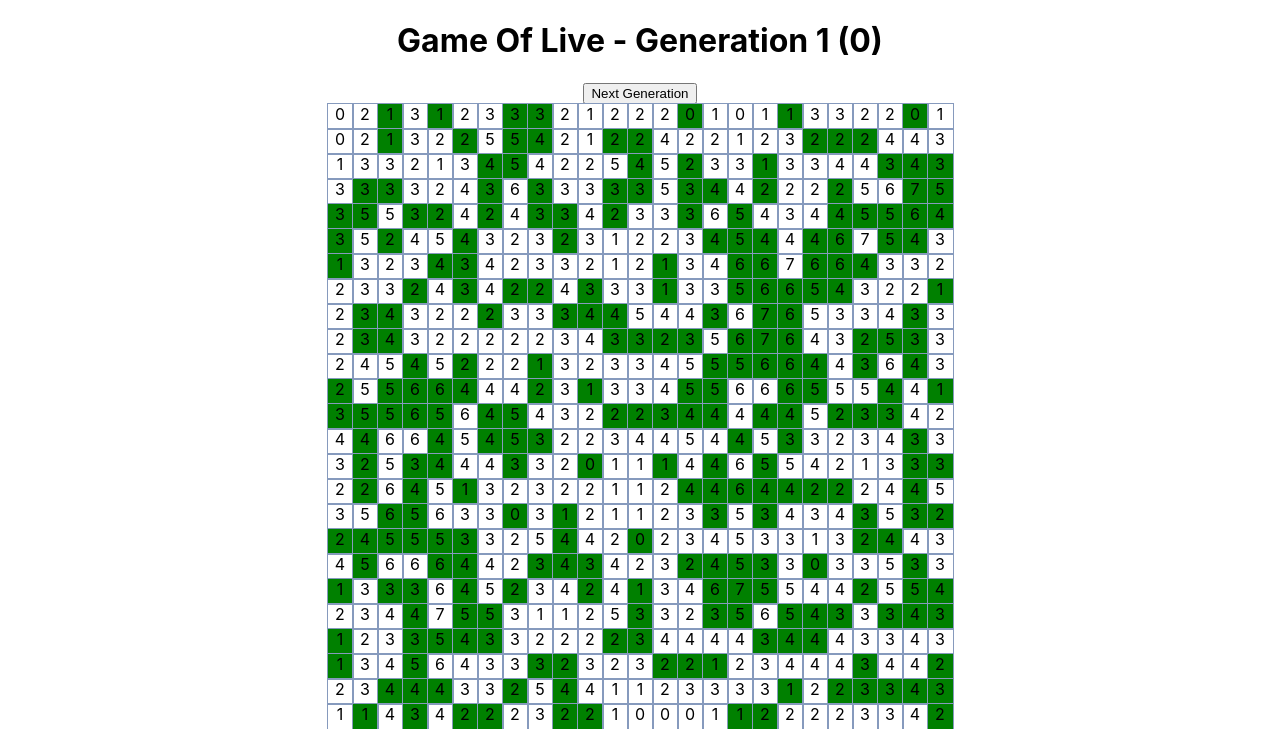
Repository: cfaguilera20/gol
Page: /
The author's editor kept a copy of each file at every save. The page is drawn from the files as they stood at one save, then again after the next save.
The browser window is 1280 px wide. The pictures show the whole page.
The project was rebuilt for these pictures with package versions that can differ from the ones it lists, and the page was loaded fresh each time.

Above is the page before, as saved 2021-07-25 12:47:15.

### src/App.js
import './App.css';

import Board from './components/Board.jsx';

function App() {
    return (
        <div className="App">
            <Board />
        </div>
    );
}

export default App;

### src/components/Board.jsx
import React, { useState } from 'react';
import './Board.css';

const WORLD_SIZE = 25;
const WORLD_POPULATION = Math.round(WORLD_SIZE * WORLD_SIZE * 0.25);

const Board = (props) => {
    const [world, setWorld] = useState(
        createWorld(WORLD_SIZE, WORLD_POPULATION)
    );
    const [generation, setGeneration] = useState(1);

    const onNextGeneration = () => {
        setGeneration(generation + 1);
        world.nextGeneration();
    };

    return (
        <>
            <h1>Game Of Live - Generation {generation} ({world.currentPopulation})</h1>
            <button onClick={onNextGeneration}>Next Generation</button>
            <div className="world">
                {world.board.map((row, rowIdx) => (
                    <div key={rowIdx} className="row">
                        {row.map((cell, cellIdx) => {
                            const className = cell.getColor();
                            const neighborsAlive =
                                cell.getNeighborsAliveCounter();
                            return (
                                <div key={cellIdx} className={className}>
                                    {neighborsAlive}
                                </div>
                            );
                        })}
                    </div>
                ))}
            </div>
        </>
    );
};

class Cell {
    constructor(world, x, y, isAlive) {
        this.world = world;
        this.x = x;
        this.y = y;
        this.isAlive = isAlive;
    }

    getNeighbors() {
        return this.world.getNeighbors(this.x, this.y);
    }

    getNeighborsAlive() {
        return this.getNeighbors().filter((cell) => cell.isAlive === 1);
    }

    getNeighborsAliveCounter() {
        return this.getNeighborsAlive().length;
    }

    getColor() {
        return this.isAlive ? 'cell cell-green' : 'cell';
    }

    nextGeneration() {
        return this.getNeighborsAliveCounter() > 2;
    }
}

class World {
    constructor(size, population) {
        this.size = size;
        this.population = population;
        this.currentPopulation = 0;
        this.board = [];
        this.createBoard();
    }

    createBoard() {
        for (let y = 0; y < this.size; y++) {
            this.board[y] = [];
            for (let x = 0; x < this.size; x++) {
                const isAlive = Math.round(Math.random());
                this.board[y][x] = new Cell(this, x, y, isAlive);
                this.population++;
            }
        }
    }

    getNeighbors(x, y) {
        const neighbors = [];
        const neighborsIdx = [
            [1, 0],
            [-1, 0],
            [0, 1],
            [0, -1],
            [1, 1],
            [1, -1],
            [-1, 1],
            [-1, -1],
        ];
        neighborsIdx.forEach(([dx, dy]) => {
            const [nx, ny] = [x + dx, y + dy];
            if (nx >= 0 && nx < this.size && ny >= 0 && ny < this.size) {
                neighbors.push(this.board[ny][nx]);
            }
        });
        return neighbors;
    }

    nextGeneration() {
        const nextBoard = [];
        for (let y = 0; y < this.size; y++) {
            nextBoard[y] = [];
            for (let x = 0; x < this.size; x++) {
                const cell = this.board[y][x];
                const isAlive = cell.isAlive;
                const nextIsAlive = cell.nextGeneration();
                nextBoard[y][x] = new Cell(this, x, y, nextIsAlive);
                this.currentPopulation += nextIsAlive - isAlive;
            }
        }

        this.board = nextBoard;
    }
}

const createWorld = (WORLD_SIZE, WORLD_POPULATION) => {
    const board = new World(WORLD_SIZE, WORLD_POPULATION);
    return board;
};

export default Board;

### src/components/Board.css
.row {
    height: 25px;
}

.cell {
    width: 25px;
    height: 25px;
    outline: 1px solid rgb(134, 154, 189);
    display: inline-block;
}

.cell-green {
    background-color: green;
}

.cell-red {
    background-color: red;
}

.cell-purple {
    background-color: purple;
}

Loaded but not shown: public/index.html (common file); src/index.js (common file); src/index.css (common file); src/reportWebVitals.js (common file); src/App.css (common file)

After the next save:
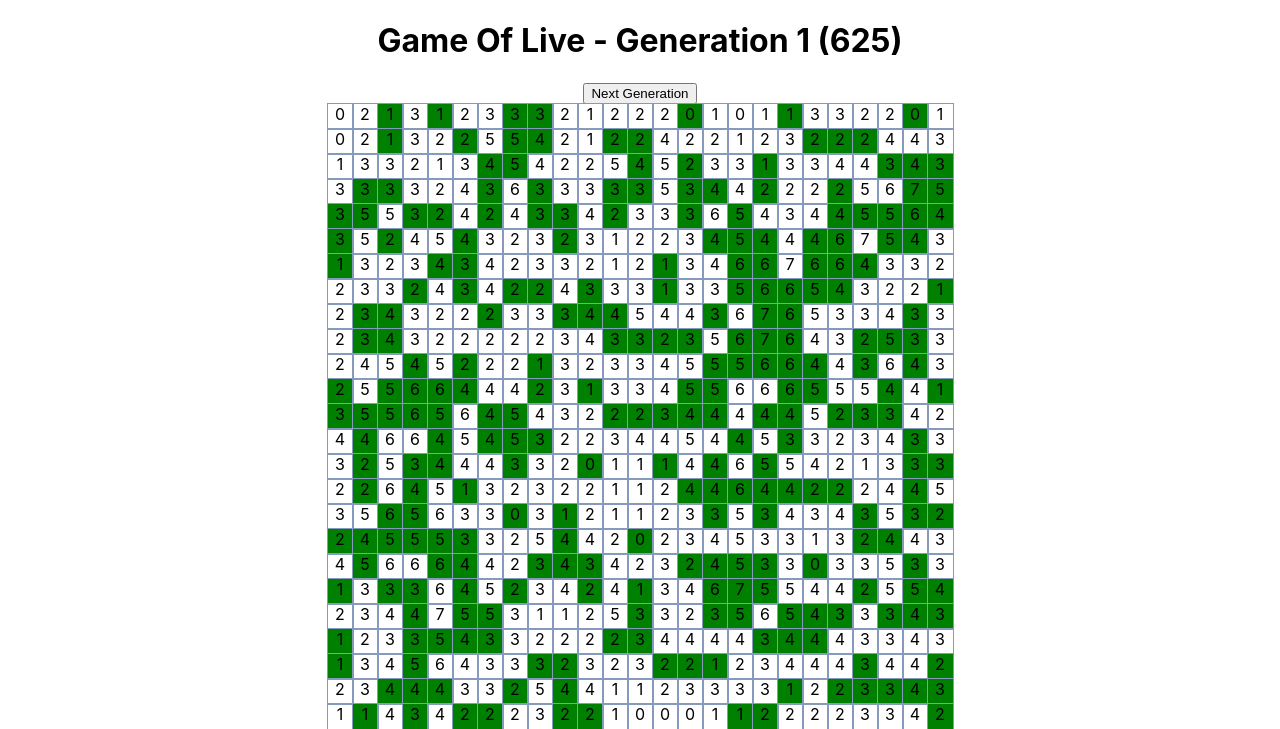
Saved 58 s later.
--- a/src/components/Board.jsx
+++ b/src/components/Board.jsx
@@ -83,7 +83,7 @@ class World {
             for (let x = 0; x < this.size; x++) {
                 const isAlive = Math.round(Math.random());
                 this.board[y][x] = new Cell(this, x, y, isAlive);
-                this.population++;
+                this.currentPopulation++;
             }
         }
     }
